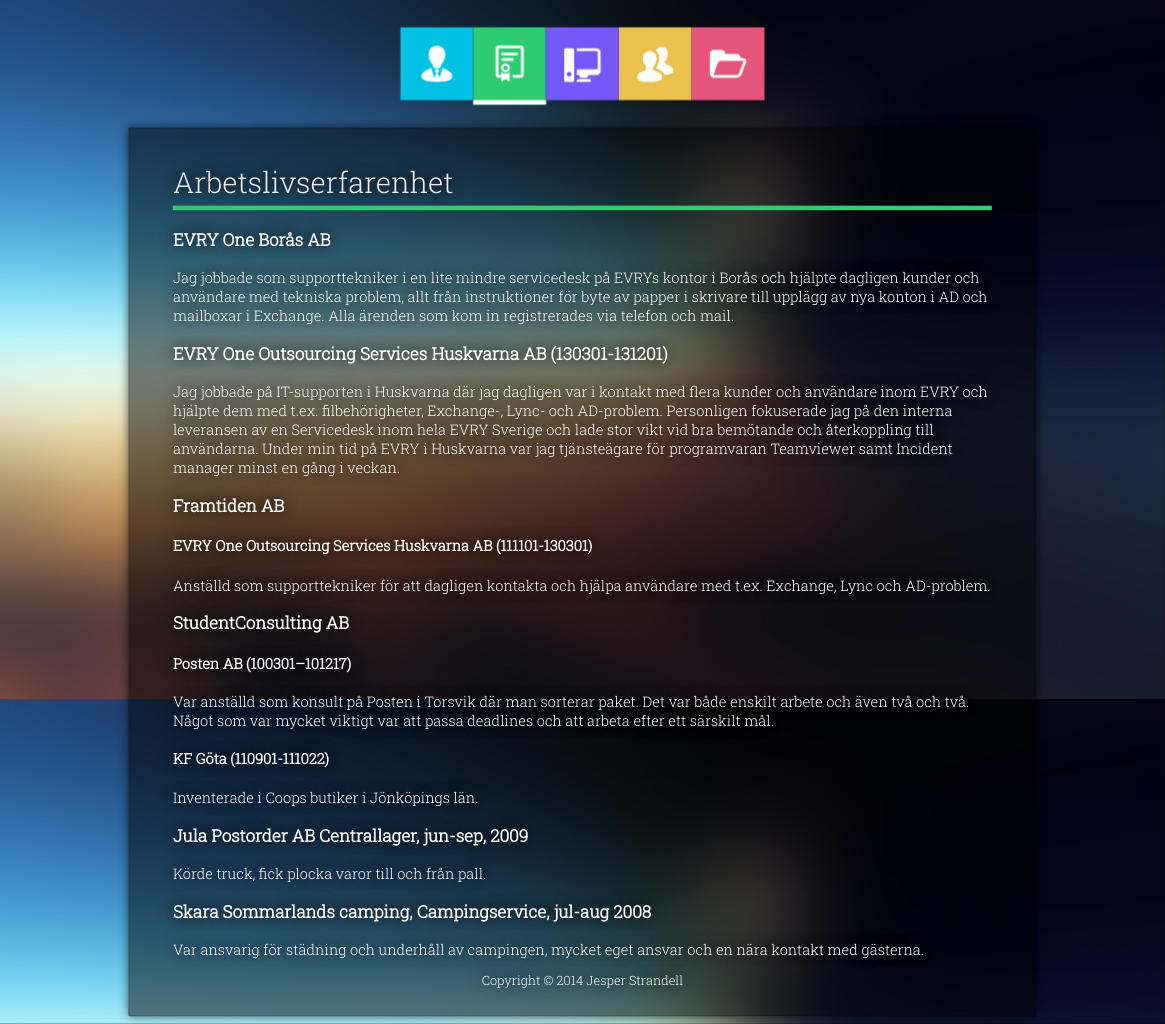
Repository: ja222vv/minipage
Page: pages/experience.html
The author's editor kept a record of every edit. The page is drawn from the files as they stood at one moment, then again after the next edit.
The browser window is 1280 px wide. The pictures show the whole page, at 91% of full size.
Backgrounds fixed to the window are drawn as part of the page.

Above is the page before.
Not found: pages/scripts/script.js

After the next edit:
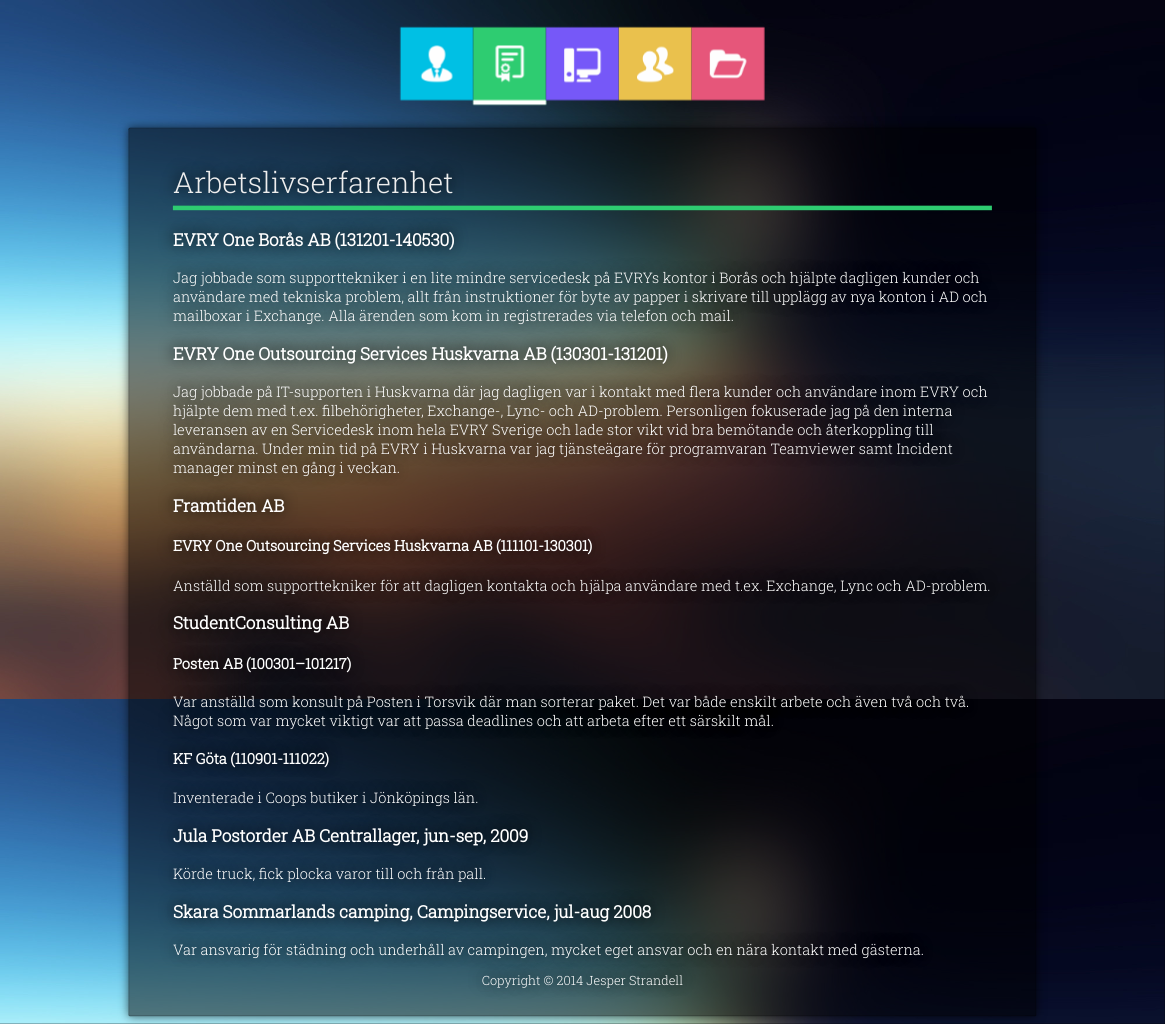
The edit:
--- a/pages/experience.html
+++ b/pages/experience.html
@@ -44,7 +44,7 @@
                 <h1>Arbetslivserfarenhet</h1>
             </div>
             <div class="subcontent">
-                <h3>EVRY One Borås AB</h3>
+                <h3>EVRY One Borås AB (131201-140530)</h3>
                     Jag jobbade som supporttekniker i en lite mindre servicedesk på EVRYs kontor i Borås och hjälpte dagligen kunder och användare med tekniska problem,
                     allt från instruktioner för byte av papper i skrivare till upplägg av nya konton i AD och mailboxar i Exchange. Alla ärenden som kom in registrerades via telefon och mail.
                 <h3>EVRY One Outsourcing Services Huskvarna AB (130301-131201)</h3>
